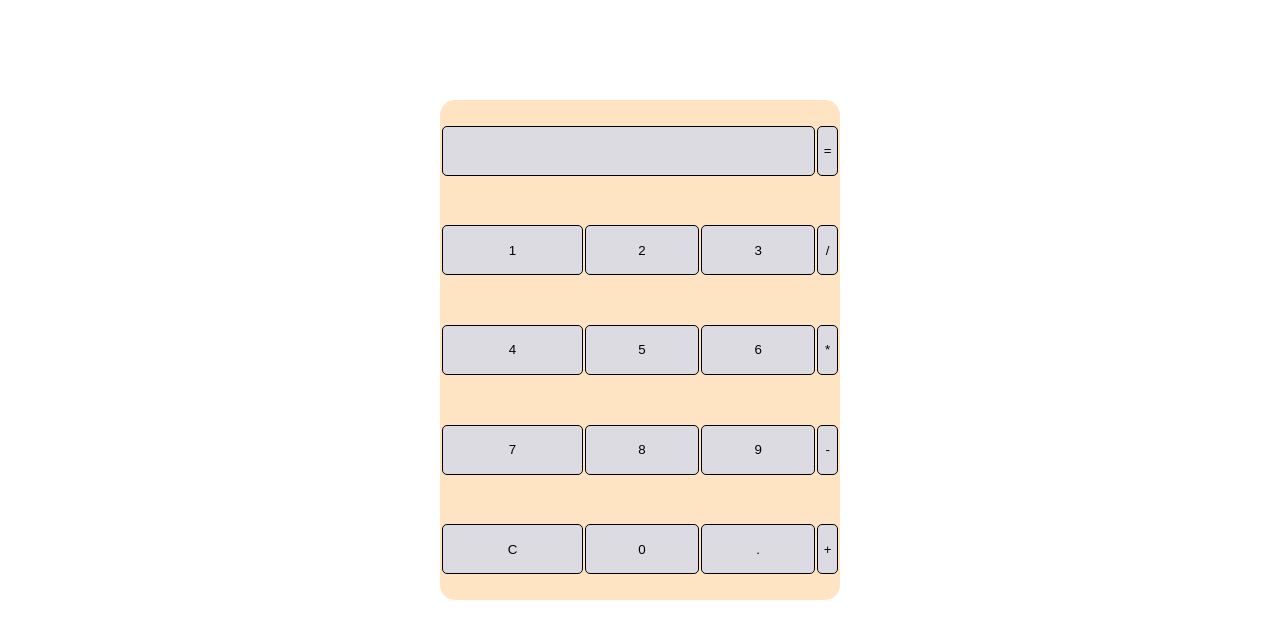
Repository: Seryozha02/CalculatorAndStopwatch
Page: calculator.html
These files come from the project's save history. The page is drawn as it stood at one moment and after the next save; the edit follows.
The browser window is 1280 px wide. The pictures show the whole page.

Above is the page before, as saved 2022-10-03 00:33:02.

After the next save:
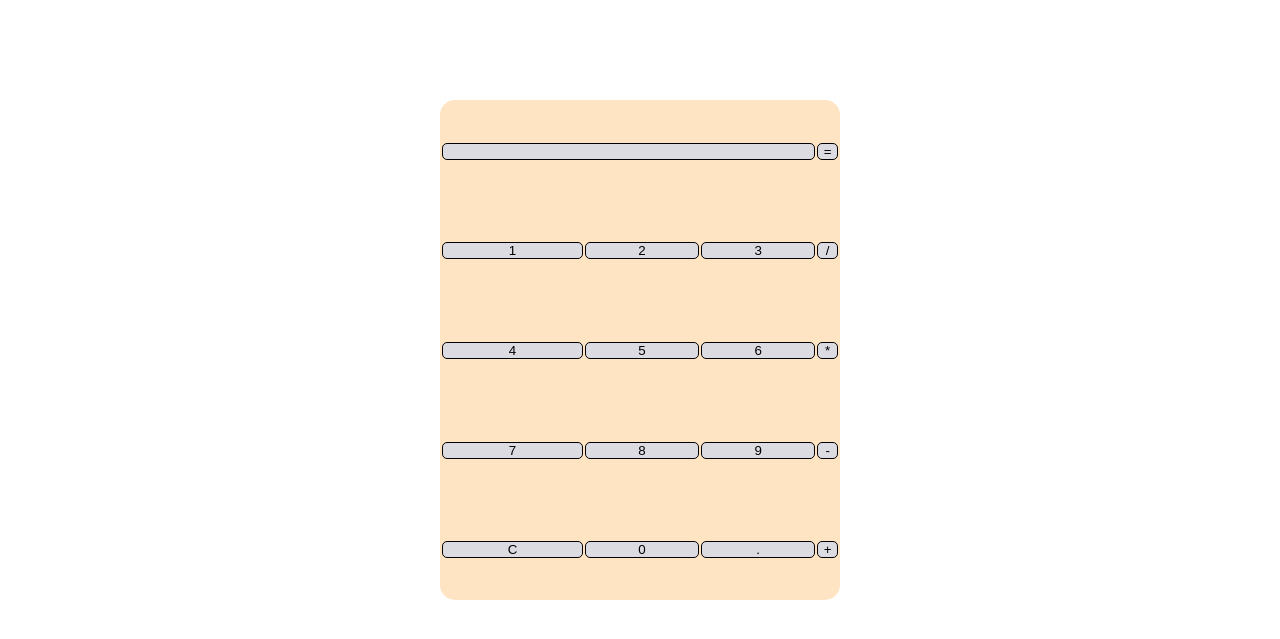
Saved 4 s later.
--- a/calculator.css
+++ b/calculator.css
@@ -22,6 +22,6 @@
     color: black;
     border-radius: 5px;
     width: 100%;
-    height: 50px;
+    /* height: 50px; */
 
 }

After the save that followed:
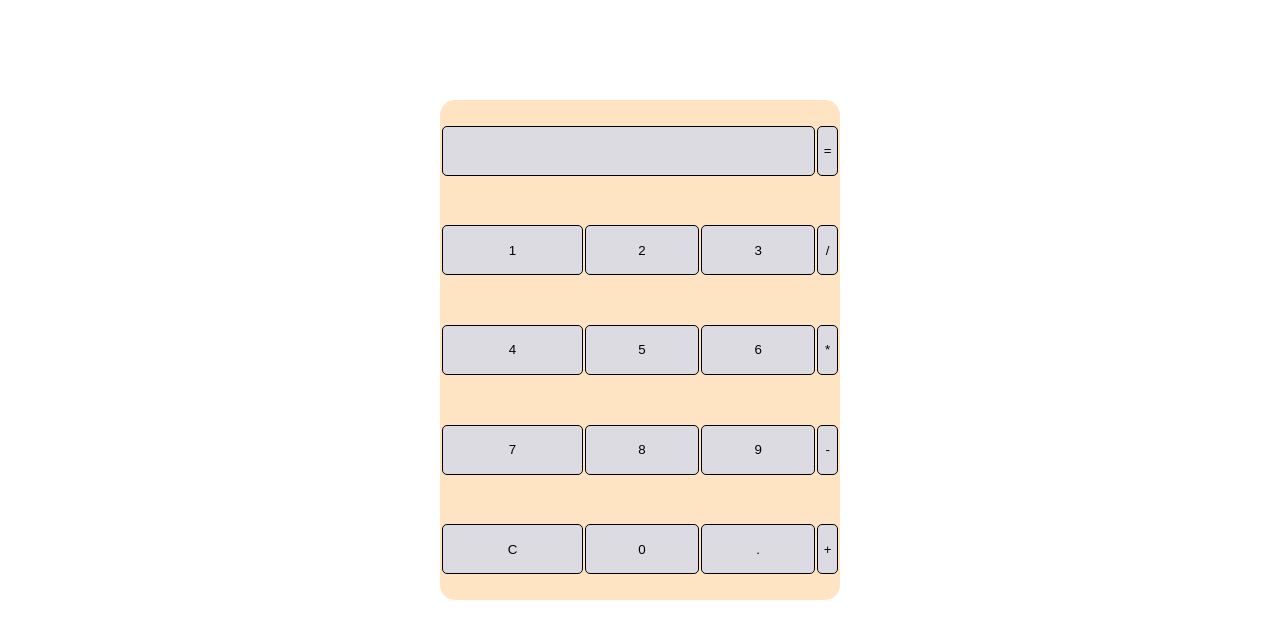
Saved 4 s later.
--- a/calculator.css
+++ b/calculator.css
@@ -22,6 +22,6 @@
     color: black;
     border-radius: 5px;
     width: 100%;
-    /* height: 50px; */
+    height: 50px;
 
 }
